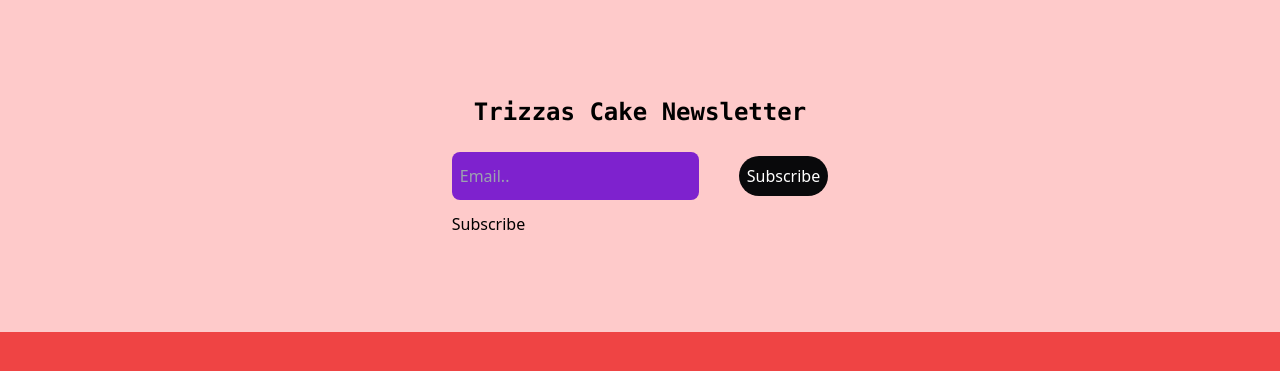
Repository: Semanmernstack/mailchimp-newsletter
Page: /
The author's editor kept a copy of each file at every save. The page is drawn from the files as they stood at one save, then again after the next save.
The browser window is 1280 px wide. The pictures show the whole page.
The project was rebuilt for these pictures with package versions that can differ from the ones it lists, and the page was loaded fresh each time. The framework's server and built-in components were replaced by stand-ins that run in the browser. Also part of the build but not shown: next.config.js.

Above is the page before, as saved 2023-05-26 04:30:07.

After the next save:
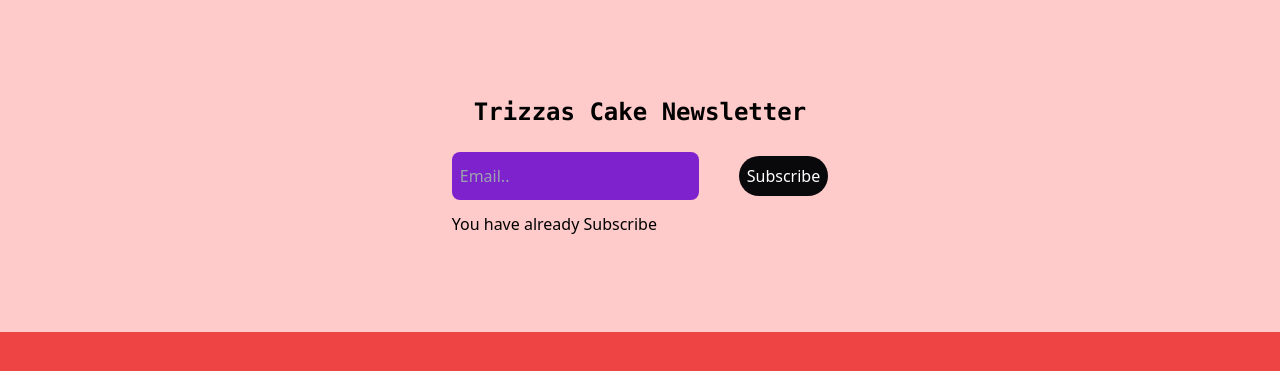
Saved 3 min 19 s later.
--- a/app/components/Mailing.tsx
+++ b/app/components/Mailing.tsx
@@ -49,7 +49,7 @@
             </div>
             <div>
 
-               {mailOk  ? (<p>You have already subscribe</p>):(<p>Subscribe</p>) }
+               {mailOk  ? (<p>Subscribe</p>):(<p>You have already Subscribe</p>) }
             </div>
 
         </form>
